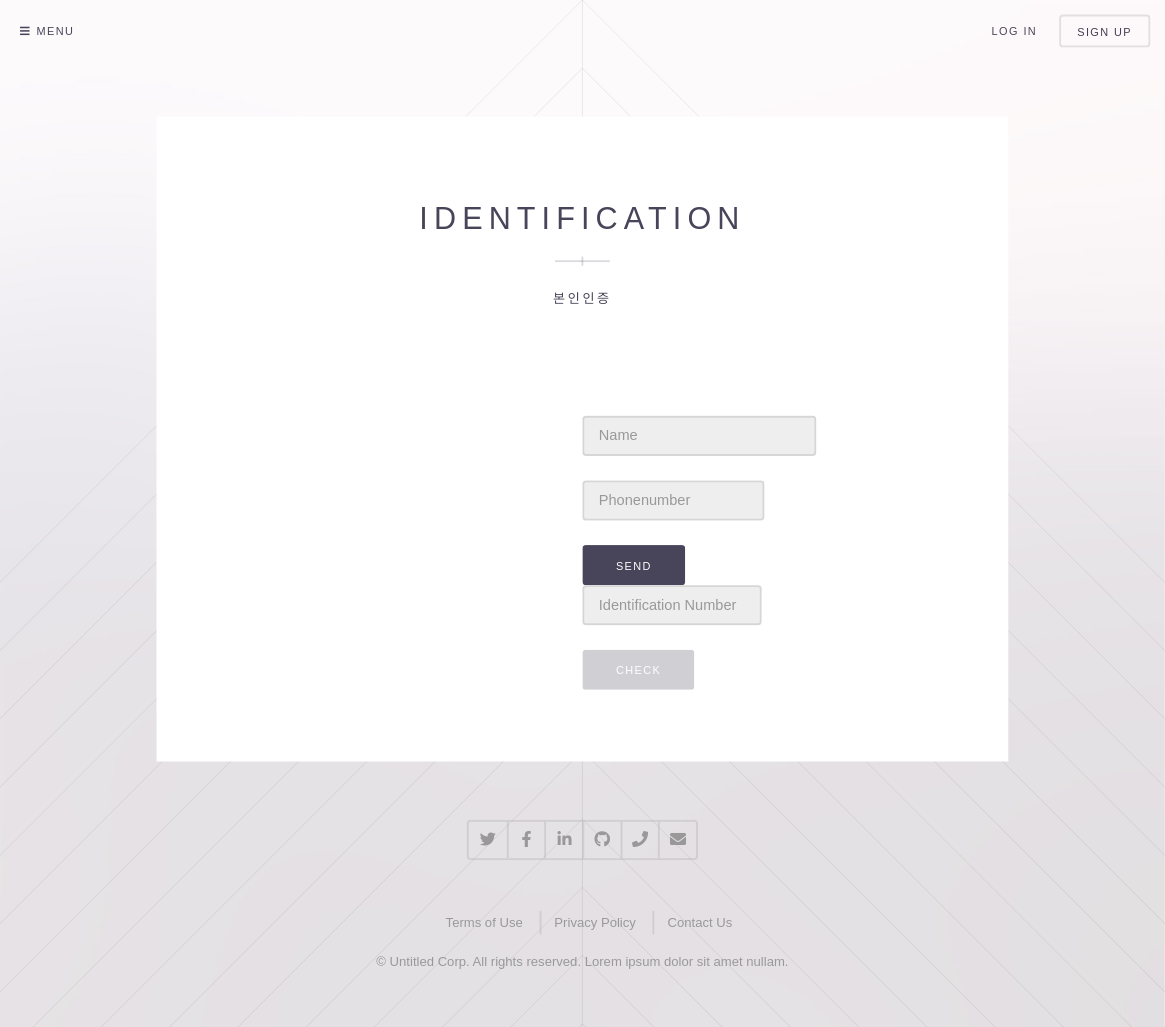
Repository: WKMoon/JavaScript-Project
Page: myFront/WebContent/identification.html
The author's editor kept a copy of each file at every save. The page is drawn from the files as they stood at one save, then again after the next save.
The browser window is 1280 px wide. The pictures show the whole page, at 91% of full size.
Some web fonts or font styles are not loaded; a fallback is used.

Above is the page before, as saved 2021-03-01 23:50:32.

After the next save:
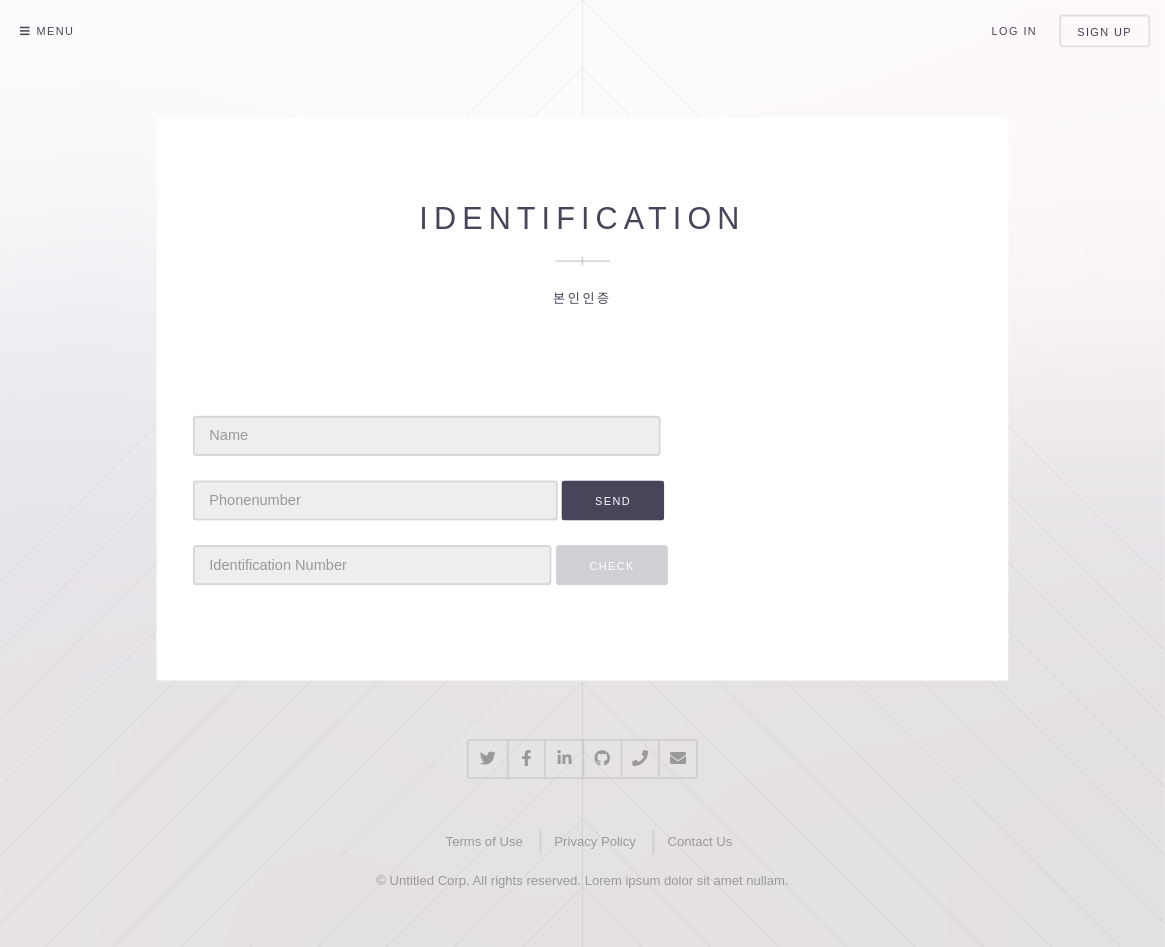
Saved 23 s later.
--- a/myFront/WebContent/identification.html
+++ b/myFront/WebContent/identification.html
@@ -40,7 +40,7 @@
 						</header>
 
 					<!-- Content -->
-						<div class="content" style="padding-left:50%;">
+						<div class="content" style="left:50%;">
 							<form method="post" action="#">
 											<div>
 												<div class="col-6 col-12-xsmall" style="width:60%;">
